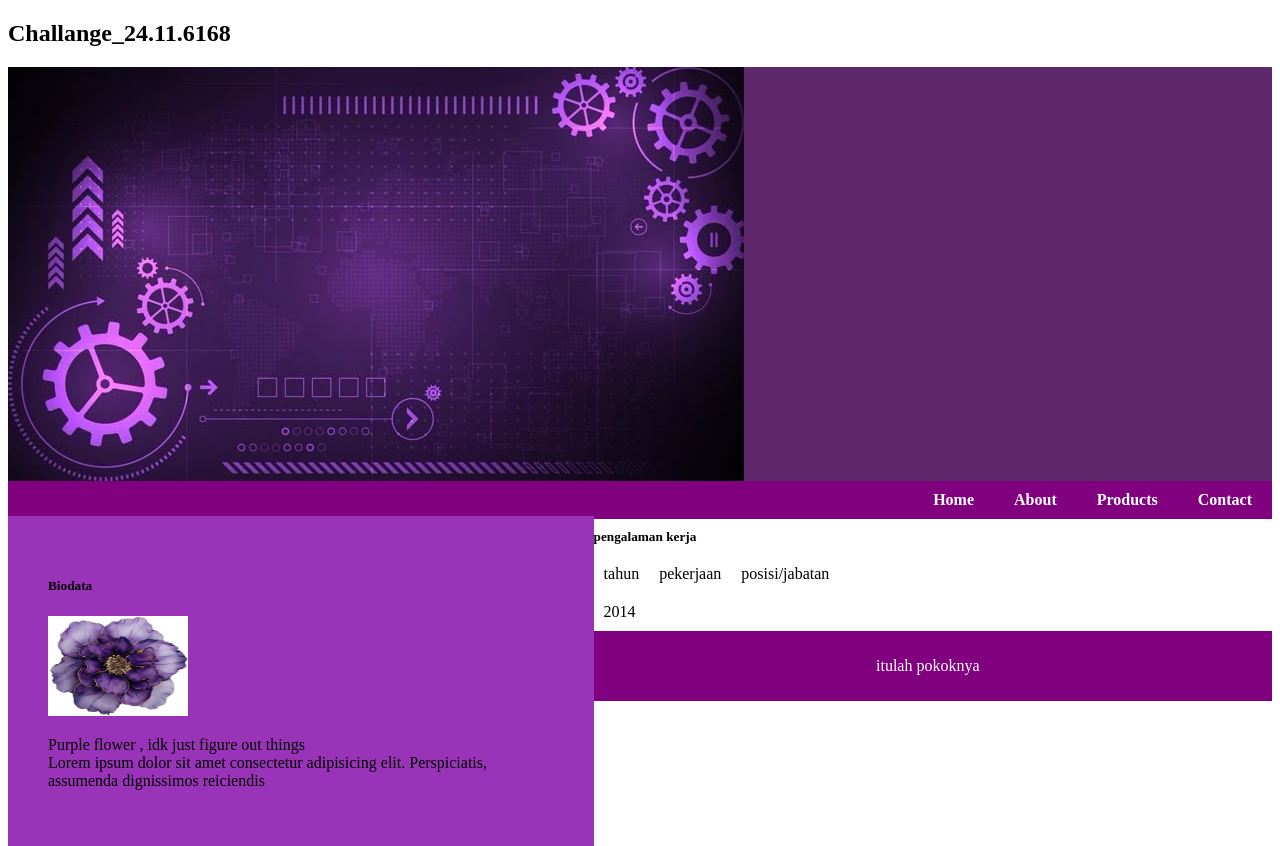
Repository: Ms-Ulfiyahrustam/p5_pemogramanweb
Page: index.html
The author's editor kept a copy of each file at every save. The page is drawn from the files as they stood at one save, then again after the next save.
The browser window is 1280 px wide. The pictures show the whole page.

Above is the page before, as saved 2026-04-27 09:58:44.

After the next save:
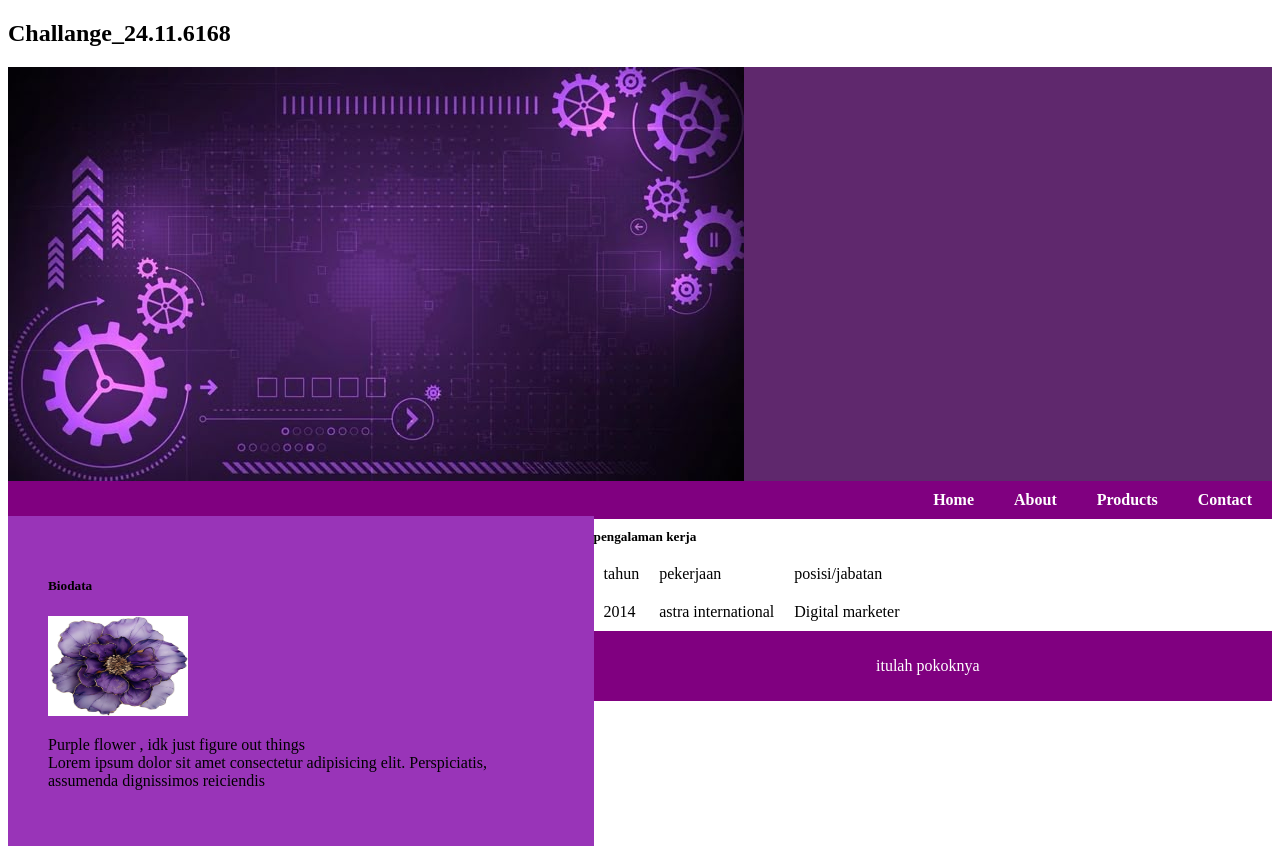
Saved 44 s later.
--- a/index.html
+++ b/index.html
@@ -39,6 +39,8 @@
                     </tr>
                     <tr >
                         <td>2014</td>
+                        <td>astra international</td>
+                        <td>Digital marketer</td>
                     </tr>
             </table>
         </div>
